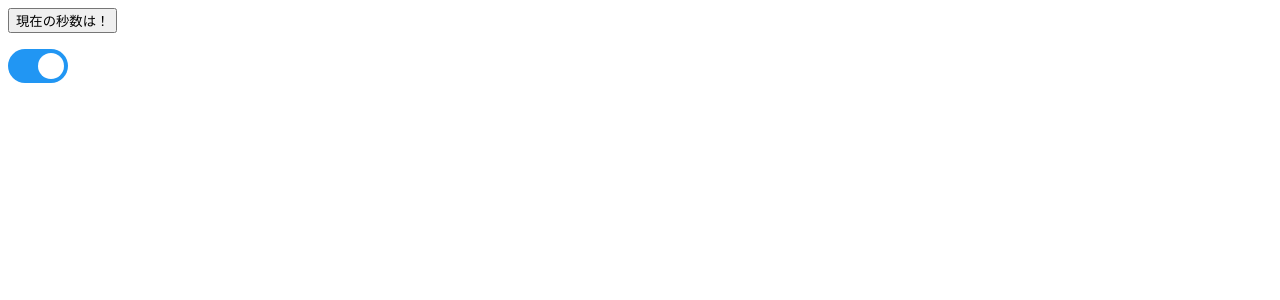
Repository: maigo999/time-abdominal-muscle
Page: index.html
An editor plug-in stored every save of this project. The page is shown before and after the next save, followed by the edit.
The browser window is 1280 px wide. The pictures show the whole page.
The first `input` is checked.

Above is the page before, as saved 2018-08-11 09:45:42.

### index.html
<!DOCTYPE html>
<html lang="ja">

<head>
    <meta charset="UTF-8">
    <meta name="viewport" content="width=device-width, initial-scale=1.0">
    <meta http-equiv="X-UA-Compatible" content="ie=edge">
    <link rel="stylesheet" href="css/style.css">
    <title>Document</title>
</head>

<body>
    <button id="button">現在の秒数は！</button>
    <p id="result"></p>
    <label class="switch">
        <input type="checkbox" id="checkbox">
        <span class="slider round"></span>
    </label>
    <script src="./js/main.js"></script>
</body>

</html>

### css/style.css
/* The switch - the box around the slider */
.switch {
  position: relative;
  display: inline-block;
  width: 60px;
  height: 34px;
}

/* Hide default HTML checkbox */
.switch input {display:none;}

/* The slider */
.slider {
  position: absolute;
  cursor: pointer;
  top: 0;
  left: 0;
  right: 0;
  bottom: 0;
  background-color: #ccc;
  -webkit-transition: .4s;
  transition: .4s;
}

.slider:before {
  position: absolute;
  content: "";
  height: 26px;
  width: 26px;
  left: 4px;
  bottom: 4px;
  background-color: white;
  -webkit-transition: .4s;
  transition: .4s;
}

input:checked + .slider {
  background-color: #2196F3;
}

input:focus + .slider {
  box-shadow: 0 0 1px #2196F3;
}

input:checked + .slider:before {
  -webkit-transform: translateX(26px);
  -ms-transform: translateX(26px);
  transform: translateX(26px);
}

/* Rounded sliders */
.slider.round {
  border-radius: 34px;
}

.slider.round:before {
  border-radius: 50%;
}

### js/main.js
let today
let milliseconds
let seconds
let intlist
const target = 0;
let res
let calcResult
const button = document.getElementById("button");
const result = document.getElementById("result");

function hard(){
    milliseconds = today.getMilliseconds();
    str = String(milliseconds).split('');
};
function nomal(){
    seconds = today.getSeconds();
    str = String(seconds).split('');
;}
function modecheck(){
    if (document.getElementById("checkbox").checked) {
        console.log("ハードモード");
        hard();
      } else {
        console.log("ノーマルモード");
        nomal()
      }
}


button.onclick = function(){
    today = new Date();
    modecheck()

    // strをintに戻す
    int = str.map(function (element) {
        return Number(element);
    });


    // ０の消去
    res = int.filter(function(a) {
        return a !== target;
    });


    console.log(res);


    // 配列の長さを取得
    intlist = res.length;

    // 配列の長さで計算式を分岐
    if(intlist == 3){
        calcResult= res[0] * res[1] * res[2];

    }else if(intlist == 2){

        calcResult = res[0] * res[1];

    }else if(intlist == 0){
        alcResult = "0だよ";

    }else{
        calcResult = res[0];

    }
    result.innerHTML = calcResult;
};

After the next save:
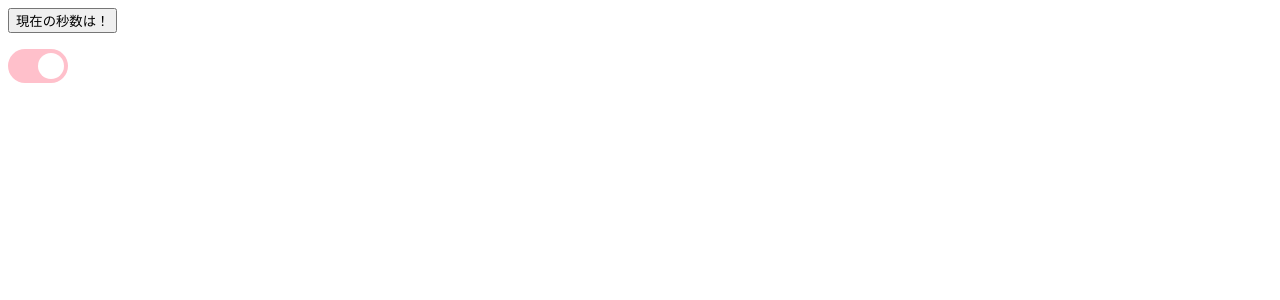
Saved 86 s later.
--- a/css/style.css
+++ b/css/style.css
@@ -35,11 +35,11 @@
 }
 
 input:checked + .slider {
-  background-color: #2196F3;
+  background-color: pink;
 }
 
 input:focus + .slider {
-  box-shadow: 0 0 1px #2196F3;
+  box-shadow: 0 0 1px pink;
 }
 
 input:checked + .slider:before {
